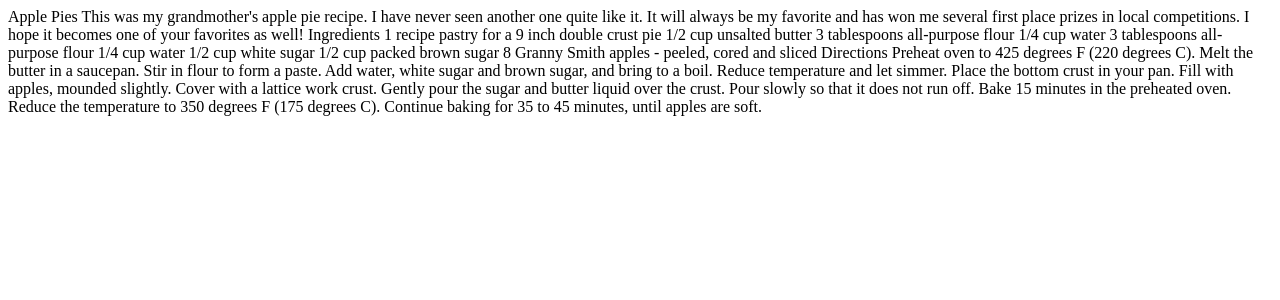
Repository: ChristianGecchelin/lab-css-recipes-clone
Page: apple-pie/index.html
The author's editor kept a copy of each file at every save. The page is drawn from the files as they stood at one save, then again after the next save.
The browser window is 1280 px wide. The pictures show the whole page.

Above is the page before, as saved 2022-06-01 14:30:55.

### apple-pie/index.html
<!DOCTYPE html>
<html lang="en">
  <head>
    <meta charset="UTF-8" />
    <meta name="viewport" content="width=device-width, initial-scale=1.0" />
    <title>Apple Pie Recipe</title>
    <!-- don't forget to link your styles -->
    <link rel="stylesheet" href="./styles/style.css" />
  </head>
  <body>
    Apple Pies This was my grandmother's apple pie recipe. I have never seen
    another one quite like it. It will always be my favorite and has won me
    several first place prizes in local competitions. I hope it becomes one of
    your favorites as well! Ingredients 1 recipe pastry for a 9 inch double
    crust pie 1/2 cup unsalted butter 3 tablespoons all-purpose flour 1/4 cup
    water 3 tablespoons all-purpose flour 1/4 cup water 1/2 cup white sugar 1/2
    cup packed brown sugar 8 Granny Smith apples - peeled, cored and sliced
    Directions Preheat oven to 425 degrees F (220 degrees C). Melt the butter in
    a saucepan. Stir in flour to form a paste. Add water, white sugar and brown
    sugar, and bring to a boil. Reduce temperature and let simmer. Place the
    bottom crust in your pan. Fill with apples, mounded slightly. Cover with a
    lattice work crust. Gently pour the sugar and butter liquid over the crust.
    Pour slowly so that it does not run off. Bake 15 minutes in the preheated
    oven. Reduce the temperature to 350 degrees F (175 degrees C). Continue
    baking for 35 to 45 minutes, until apples are soft.
  </body>
</html>

Loaded but not shown: apple-pie/styles/style.css (no stored copy; drawn as an empty file)

After the next save:
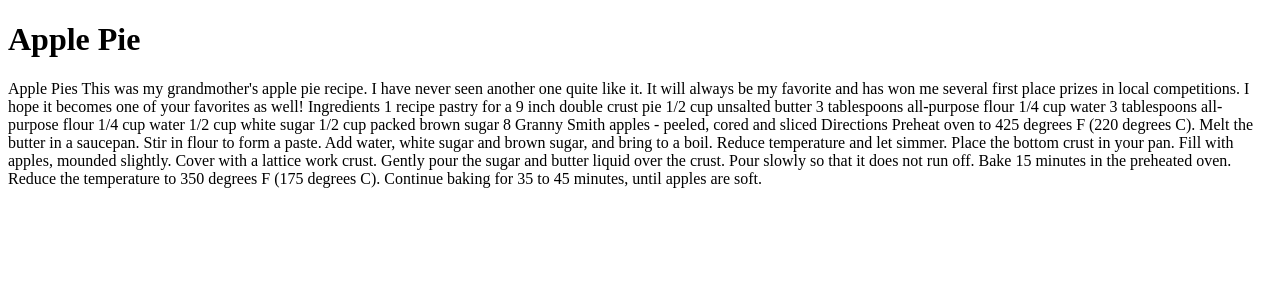
Saved 79 s later.
--- a/apple-pie/index.html
+++ b/apple-pie/index.html
@@ -8,6 +8,9 @@
     <link rel="stylesheet" href="./styles/style.css" />
   </head>
   <body>
+    <header class="">
+      <h1>Apple Pie</h1>
+    </header>
     Apple Pies This was my grandmother's apple pie recipe. I have never seen
     another one quite like it. It will always be my favorite and has won me
     several first place prizes in local competitions. I hope it becomes one of
